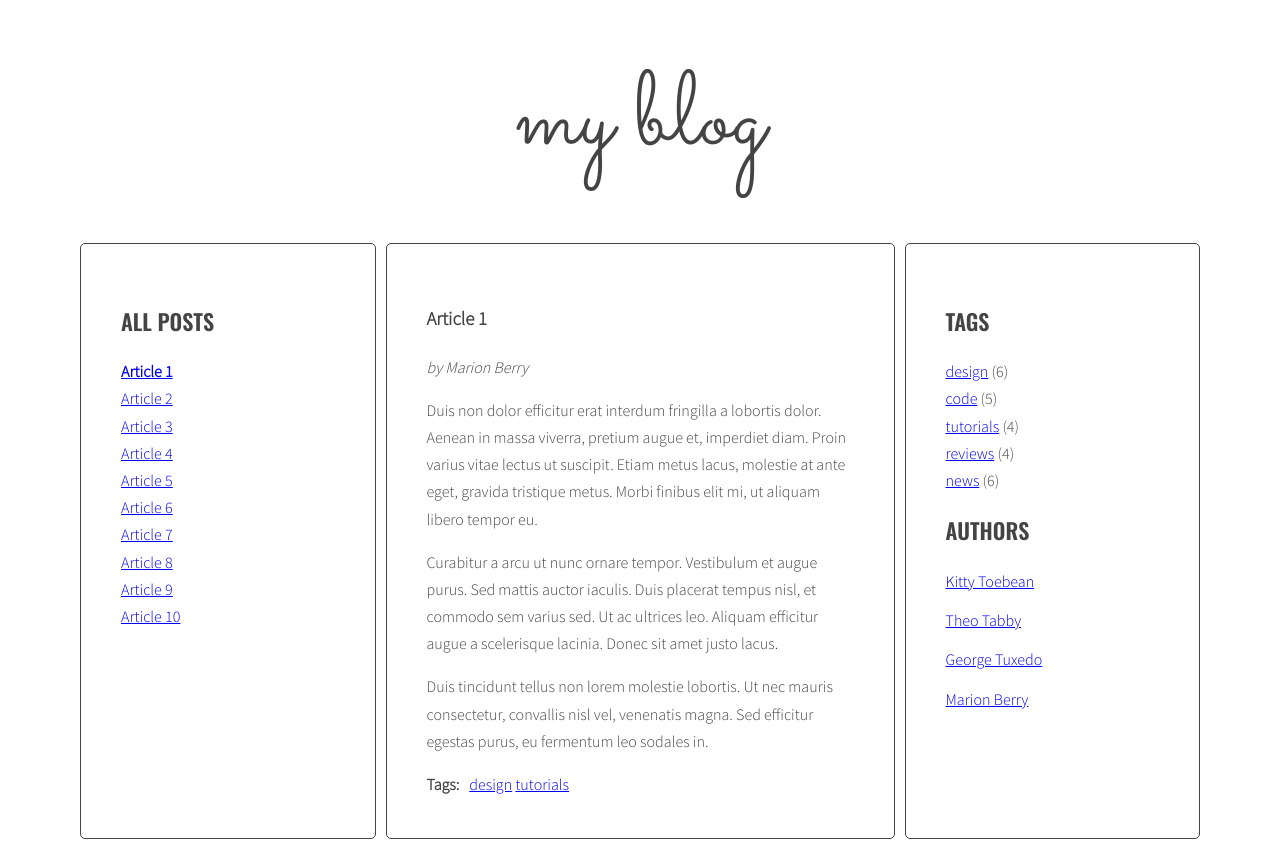
Repository: Akaimajo/javascript-blog
Page: index.html
These files come from the project's save history. The page is drawn as it stood at one moment and after the next save; the edit follows.
The browser window is 1280 px wide. The pictures show the whole page.

Above is the page before, as saved 2020-10-15 11:28:33.
Console error: TypeError: Cannot read properties of null (reading 'addEventListener')

### index.html
<!DOCTYPE html>
<html lang="en">
<head>
    <meta charset="UTF-8">
    <meta name="viewport" content="width=device-width, initial-scale=1.0">
    <title>Document</title>
    <link rel="stylesheet" href="css/style.css">
</head>
<body>
    <div class="blog">
        <div class="container">
          <h1 class="logo">my blog</h1>
          <main class="wrapper">
            <aside class="sidebar">
              <h2 class="section-title">All posts</h2>
              <ul class="list titles">
                <li><a href="#article-1" class="active"><span>Article 1</span></a></li>
                <li><a href="#article-2"><span>Article 2</span></a></li>
                <li><a href="#article-3"><span>Article 3</span></a></li>
                <li><a href="#article-4"><span>Article 4</span></a></li>
                <li><a href="#article-5"><span>Article 5</span></a></li>
                <li><a href="#article-6"><span>Article 6</span></a></li>
                <li><a href="#article-7"><span>Article 7</span></a></li>
                <li><a href="#article-8"><span>Article 8</span></a></li>
                <li><a href="#article-9"><span>Article 9</span></a></li>
                <li><a href="#article-10"><span>Article 10</span></a></li>
              </ul>
            </aside>
            <section class="posts">
              <article class="post active" id="article-1">
                <h3 class="post-title">Article 1</h3>
                <p class="post-author">by Marion Berry</p>
                <div class="post-content">
                  <p>Duis non dolor efficitur erat interdum fringilla a lobortis dolor. Aenean in massa viverra, pretium augue et, imperdiet diam. Proin varius vitae lectus ut suscipit. Etiam metus lacus, molestie at ante eget, gravida tristique metus. Morbi finibus elit mi, ut aliquam libero tempor eu.</p>

                  <p>Curabitur a arcu ut nunc ornare tempor. Vestibulum et augue purus. Sed mattis auctor iaculis. Duis placerat tempus nisl, et commodo sem varius sed. Ut ac ultrices leo. Aliquam efficitur augue a scelerisque lacinia. Donec sit amet justo lacus.</p>

                  <p>Duis tincidunt tellus non lorem molestie lobortis. Ut nec mauris consectetur, convallis nisl vel, venenatis magna. Sed efficitur egestas purus, eu fermentum leo sodales in.</p>
                </div>
                <div class="post-tags">
                  <p><strong>Tags:</strong></p>
                  <ul class="list list-horizontal">
                    <li><a href="#">design</a></li>
                    <li><a href="#">tutorials</a></li>
                  </ul>
                </div>
              </article>
              <article class="post" id="article-2">
                <h3 class="post-title">Article 2</h3>
                <p class="post-author">by Theo Tabby</p>
                <div class="post-content">
                  <p>Phasellus sollicitudin, arcu vel iaculis ullamcorper, quam leo viverra orci, et faucibus quam sapien vel est. Maecenas ac suscipit elit. Nullam interdum, lorem vitae venenatis pulvinar, ex dui malesuada nunc, tempus cursus enim metus vel nulla.</p>

                  <p>Integer hendrerit, eros id efficitur dapibus, ante arcu ullamcorper orci, a iaculis felis turpis at purus. Quisque sodales posuere sapien vel consectetur. Duis dui urna, commodo non ante nec, mattis dictum enim. Donec aliquam erat sed diam lobortis, vel gravida lacus laoreet. Phasellus pretium maximus mi, eu posuere justo suscipit vel.</p>

                  <p>Nam magna nisl, varius in malesuada vitae, facilisis vel metus. Proin rhoncus euismod leo dictum lobortis. Suspendisse non ante sapien.</p>
                </div>
                <div class="post-tags">
                  <p><strong>Tags:</strong></p>
                  <ul class="list list-horizontal">
                    <li><a href="#">news</a></li>
                    <li><a href="#">code</a></li>
                  </ul>
                </div>
              </article>
              <article class="post" id="article-3">
                <h3 class="post-title">Article 3</h3>
                <p class="post-author">by George Tuxedo</p>
                <div class="post-content">
                  <p>Mauris vel pellentesque turpis, ac sodales nisl. Quisque iaculis mi velit, ut convallis tellus accumsan a. Quisque iaculis, nisi et dignissim tincidunt, nisl eros euismod nulla, finibus laoreet erat enim posuere elit.</p>

                  <p>Aenean at semper urna. Duis vel sapien molestie, egestas diam consequat, molestie nulla. Praesent a malesuada metus. Praesent et tempus leo.</p>
                  <p>Mauris in eleifend neque, vitae eleifend velit. Maecenas purus est, bibendum eget imperdiet id, dictum sed ante. Aenean a magna et eros sagittis aliquet.</p>
                </div>
                <div class="post-tags">
                  <p><strong>Tags:</strong></p>
                  <ul class="list list-horizontal">
                    <li><a href="#">news</a></li>
                    <li><a href="#">reviews</a></li>
                    <li><a href="#">design</a></li>
                  </ul>
                </div>
              </article>
              <article class="post" id="article-4">
                <h3 class="post-title">Article 4</h3>
                <p class="post-author">by Kitty Toebean</p>
                <div class="post-content">
                  <p>Morbi vel cursus nulla, vel varius mauris. Suspendisse sed elit sit amet risus faucibus vestibulum ut sit amet purus. Donec orci est, condimentum ut quam quis, scelerisque fringilla ligula.</p>

                  <p>Quisque bibendum nisl id quam sagittis, id pretium dolor scelerisque. Suspendisse non odio nec velit dapibus placerat non a libero.</p>

                  <p>Vivamus at tristique ex, feugiat sagittis ex. Cras cursus, ipsum et efficitur commodo, urna sapien rutrum magna, quis sodales justo ligula eget nunc. In hac habitasse platea dictumst.</p>
                </div>
                <div class="post-tags">
                  <p><strong>Tags:</strong></p>
                  <ul class="list list-horizontal">
                    <li><a href="#">tutorials</a></li>
                    <li><a href="#">code</a></li>
                    <li><a href="#">design</a></li>
                  </ul>
                </div>
              </article>
              <article class="post" id="article-5">
                <h3 class="post-title">Article 5</h3>
                <p class="post-author">by Marion Berry</p>
                <div class="post-content">
                  <p>Suspendisse sem eros, euismod condimentum arcu ac, consequat fermentum orci. Nam convallis lacus nec interdum vestibulum. Vestibulum luctus, quam eu tristique ornare, lorem nibh sodales enim, vitae tempor dolor ante vitae tortor.</p>

                  <p>Duis venenatis metus quis luctus lobortis. In porttitor ipsum eget ligula aliquam ornare. Cras malesuada urna id volutpat sodales.</p>

                  <p>Donec lobortis ultricies turpis, eu viverra magna gravida quis. Fusce sit amet pretium nulla. Duis rutrum metus vel libero sodales, pellentesque varius ex pulvinar.</p>
                </div>
                <div class="post-tags">
                  <p><strong>Tags:</strong></p>
                  <ul class="list list-horizontal">
                    <li><a href="#">design</a></li>
                    <li><a href="#">reviews</a></li>
                  </ul>
                </div>
              </article>
              <article class="post" id="article-6">
                <h3 class="post-title">Article 6</h3>
                <p class="post-author">by George Tuxedo</p>
                <div class="post-content">
                  <p>Donec posuere iaculis ante sed hendrerit. Lorem ipsum dolor sit amet, consectetur adipiscing elit. Quisque hendrerit neque nec urna tincidunt, quis vehicula dui vulputate. Morbi est sapien, auctor ut lectus eu, placerat viverra lorem.</p>

                  <p>Cras consectetur at erat id accumsan. Suspendisse lacinia in nulla quis vulputate. Nunc vitae consectetur augue. Nam ut vehicula mi. Aliquam tristique, purus in hendrerit porta, elit lectus finibus mi, vel malesuada nisl lectus a libero.</p>

                  <p>Nam quis efficitur ante. Sed eget purus quis ex commodo porta eu sit amet dolor. Mauris tellus nisl, dictum nec est vitae, condimentum ornare ante. Fusce ornare hendrerit maximus. In maximus rhoncus justo.</p>
                </div>
                <div class="post-tags">
                  <p><strong>Tags:</strong></p>
                  <ul class="list list-horizontal">
                    <li><a href="#">reviews</a></li>
                    <li><a href="#">code</a></li>
                  </ul>
                </div>
              </article>
              <article class="post" id="article-7">
                <h3 class="post-title">Article 7</h3>
                <p class="post-author">by Kitty Toebean</p>
                <div class="post-content">
                  <p>Donec eleifend mauris ac nisl fermentum, ac fermentum turpis dignissim. Aliquam diam nisl, imperdiet a varius eget, lobortis sed nisi. Nullam suscipit ipsum sed magna blandit, sed pellentesque urna malesuada.</p>

                  <p>Duis vestibulum arcu et lectus viverra porta. Praesent tempor lacus eget quam mattis, sit amet venenatis diam ultrices. Morbi gravida sapien quis ligula tincidunt, vel sagittis erat ultrices.</p>

                  <p>Ut orci tellus, laoreet ac diam ut, tempus bibendum nisi. Nam egestas sagittis nibh. Curabitur tristique dui quis egestas pretium. Duis eu felis orci.</p>
                </div>
                <div class="post-tags">
                  <p><strong>Tags:</strong></p>
                  <ul class="list list-horizontal">
                    <li><a href="#">code</a></li>
                    <li><a href="#">news</a></li>
                  </ul>
                </div>
              </article>
              <article class="post" id="article-8">
                <h3 class="post-title">Article 8</h3>
                <p class="post-author">by Theo Tabby</p>
                <div class="post-content">
                  <p>Praesent quis imperdiet erat. Curabitur tempor sapien a interdum malesuada. Proin libero erat, sagittis a sollicitudin eget, pulvinar nec risus. Cras et suscipit sem.</p>

                  <p>Maecenas consequat diam nec sollicitudin congue. Aenean porttitor porttitor quam, condimentum interdum metus congue sed. Donec at nulla ipsum.</p>

                  <p>Mauris non congue dui. Aenean ac eros vitae massa vulputate aliquet ut ac elit. Morbi iaculis auctor nunc aliquet luctus. Nunc tincidunt sem dui, quis interdum leo pellentesque eget. Fusce id leo varius, imperdiet nunc vitae, tristique mi. Mauris quis interdum justo. Mauris auctor purus eu leo faucibus feugiat. Nulla at odio vitae leo semper blandit.</p>
                </div>
                <div class="post-tags">
                  <p><strong>Tags:</strong></p>
                  <ul class="list list-horizontal">
                    <li><a href="#">news</a></li>
                    <li><a href="#">design</a></li>
                    <li><a href="#">tutorials</a></li>
                  </ul>
                </div>
              </article>
              <article class="post" id="article-9">
                <h3 class="post-title">Article 9</h3>
                <p class="post-author">by Marion Berry</p>
                <div class="post-content">
                  <p>Tam et facilisis purus. Donec vulputate est quis lobortis posuere. Nunc vitae lorem ut odio faucibus pulvinar nec in justo. Ut ut ante ac tellus ornare tempus. Nunc maximus, tortor et dictum convallis, nunc libero posuere leo, scelerisque ultrices arcu sapien ut tellus.</p>

                  <p>Fusce lacinia augue massa, non tincidunt tortor auctor quis. Vestibulum ut pretium nisl. Etiam id tellus tempus, commodo ligula vehicula, porta magna.</p>

                  <p>Donec fringilla blandit dolor vel aliquet. Fusce tortor sapien, lobortis eu vehicula sit amet, dignissim et lectus. In ullamcorper metus vel massa fermentum, at fermentum dui sollicitudin. Nullam lacinia elit vel tortor ullamcorper pulvinar.</p>
                </div>
                <div class="post-tags">
                  <p><strong>Tags:</strong></p>
                  <ul class="list list-horizontal">
                    <li><a href="#">news</a></li>
                    <li><a href="#">tutorials</a></li>
                  </ul>
                </div>
              </article>
              <article class="post" id="article-10">
                <h3 class="post-title">Article 10</h3>
                <p class="post-author">by George Tuxedo</p>
                <div class="post-content">
                  <p>Aliquam erat volutpat. Ut non eleifend lectus. Donec suscipit tellus tempor, ornare dui id, hendrerit neque. Phasellus lacinia laoreet dui in luctus. Sed hendrerit, magna sit amet varius tempor, augue augue scelerisque est, non scelerisque mauris libero eu sapien.</p>

                  <p>Sed at sapien in quam sollicitudin aliquam. In interdum metus a mi porttitor luctus. Sed commodo, arcu id lacinia posuere, felis elit pharetra urna, at feugiat est orci sit amet libero. Quisque in nisl est. Nullam vehicula at lectus non luctus. Cras aliquam neque magna, at varius nisi egestas ut.</p>

                  <p>Rhoncus purus nulla, non auctor lacus placerat ut. Aliquam condimentum eget magna ac gravida. Etiam egestas faucibus urna et finibus. Cras vel tellus vel magna suscipit euismod. Maecenas id arcu ante. Duis iaculis scelerisque erat, at ullamcorper arcu consectetur eu. Fusce aliquam diam at arcu pharetra, vel fermentum nunc lobortis.</p>
                </div>
                <div class="post-tags">
                  <p><strong>Tags:</strong></p>
                  <ul class="list list-horizontal">
                    <li><a href="#">code</a></li>
                    <li><a href="#">design</a></li>
                    <li><a href="#">news</a></li>
                    <li><a href="#">reviews</a></li>
                  </ul>
                </div>
              </article>
            </section>
            <aside class="sidebar">
              <h2 class="section-title">Tags</h2>
              <ul class="list tags">
                <li><a href="#">design</a> <span>(6)</span></li>
                <li><a href="#">code</a> <span>(5)</span></li>
                <li><a href="#">tutorials</a> <span>(4)</span></li>
                <li><a href="#">reviews</a> <span>(4)</span></li>
                <li><a href="#">news</a> <span>(6)</span></li>
              </ul>
              <h2 class="section-title">Authors</h2>
              <ul class="list authors">
                <li>
                  <a href="#">
                    <span class="author-name">Kitty Toebean</span>
                  </a>
                </li>
                <li>
                  <a href="#">
                    <span class="author-name">Theo Tabby</span>
                  </a>
                </li>
                <li>
                  <a href="#">
                    <span class="author-name">George Tuxedo</span>
                  </a>
                </li>
                <li>
                  <a href="#">
                    <span class="author-name">Marion Berry</span>
                  </a>
                </li>
              </ul>
            </aside>
          </main>
        </div>
      </div>
      <script src="js/script.js"></script>
</body>
</html>

### css/style.css
@import url("https://fonts.googleapis.com/css?family=Oswald:400,600|Sacramento|Source+Sans+Pro:300&subset=latin-ext");
/* Variables */
/* Global */
*, *::before, *::after {
  box-sizing: border-box;
}

body {
  background: #fff;
  font-family: "Source Sans Pro", sans-serif;
  color: #444;
  font-weight: 300;
  font-size: 16px;
  line-height: 1.7;
}

.container {
  max-width: 1140px;
  margin: 0 auto;
}

.section-title {
  font-size: 22px;
  text-transform: uppercase;
  font-family: "Oswald", sans-serif;
  font-weight: 600;
}

.section-title span {
  text-transform: none;
  font-weight: 400;
  color: #777777;
}

/* Layout */
.wrapper {
  display: -ms-flexbox;
  display: flex;
  margin-left: 10px;
}

.sidebar {
  -ms-flex: 1 0 0px;
      flex: 1 0 0;
}

.posts {
  -ms-flex: 2 0 0px;
      flex: 2 0 0;
}

.sidebar, .posts {
  background: #fff;
  margin-right: 10px;
  padding: 40px;
  border: 1px solid #444;
  border-radius: 5px;
}

/* Logo */
.logo {
  font-family: "Sacramento", cursive;
  font-weight: 400;
  font-size: 104px;
  line-height: 1;
  text-align: center;
}

/* Lists */
.list {
  list-style-type: none;
  margin: 0;
  padding: 0;
}

.list .active {
  font-weight: bold;
}

.list-horizontal li {
  display: inline-block;
}

/* Authors */
.authors li {
  margin-bottom: 12px;
}

/* Post */
.post {
  display: none;
}

.post.active {
  display: block;
}

.post-author {
  font-style: italic;
}

.post-tags {
  display: -ms-flexbox;
  display: flex;
}

.post-tags p {
  margin: 0 10px 0 0;
}
/*# sourceMappingURL=style.css.map */

### js/script.js
document.getElementById('test-button').addEventListener('click', function(){
  const links = document.querySelectorAll('.titles a');
  console.log('links:', links);
});

After the next save:
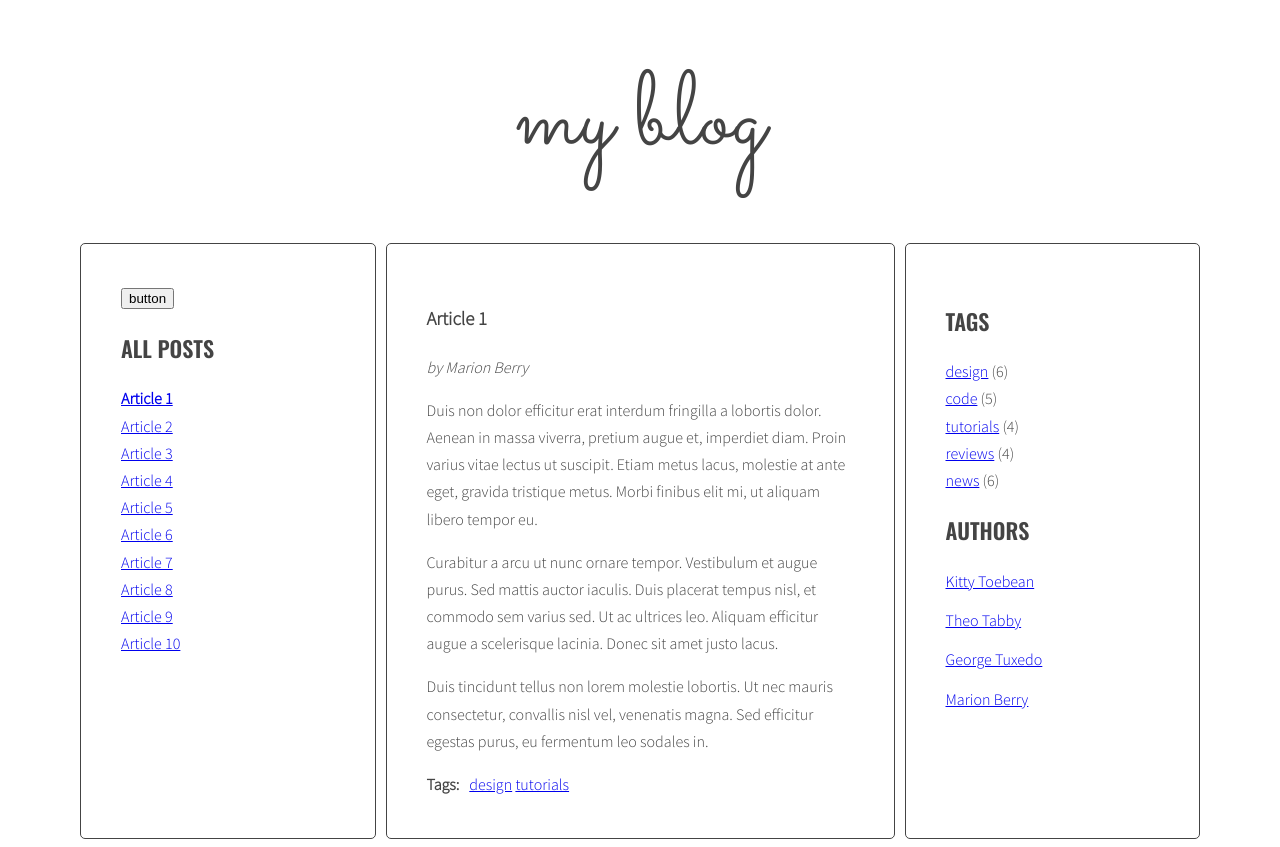
The error is gone.
Saved 61 s later.
--- a/index.html
+++ b/index.html
@@ -12,6 +12,7 @@
           <h1 class="logo">my blog</h1>
           <main class="wrapper">
             <aside class="sidebar">
+              <button id="test-button">button</button>
               <h2 class="section-title">All posts</h2>
               <ul class="list titles">
                 <li><a href="#article-1" class="active"><span>Article 1</span></a></li>
